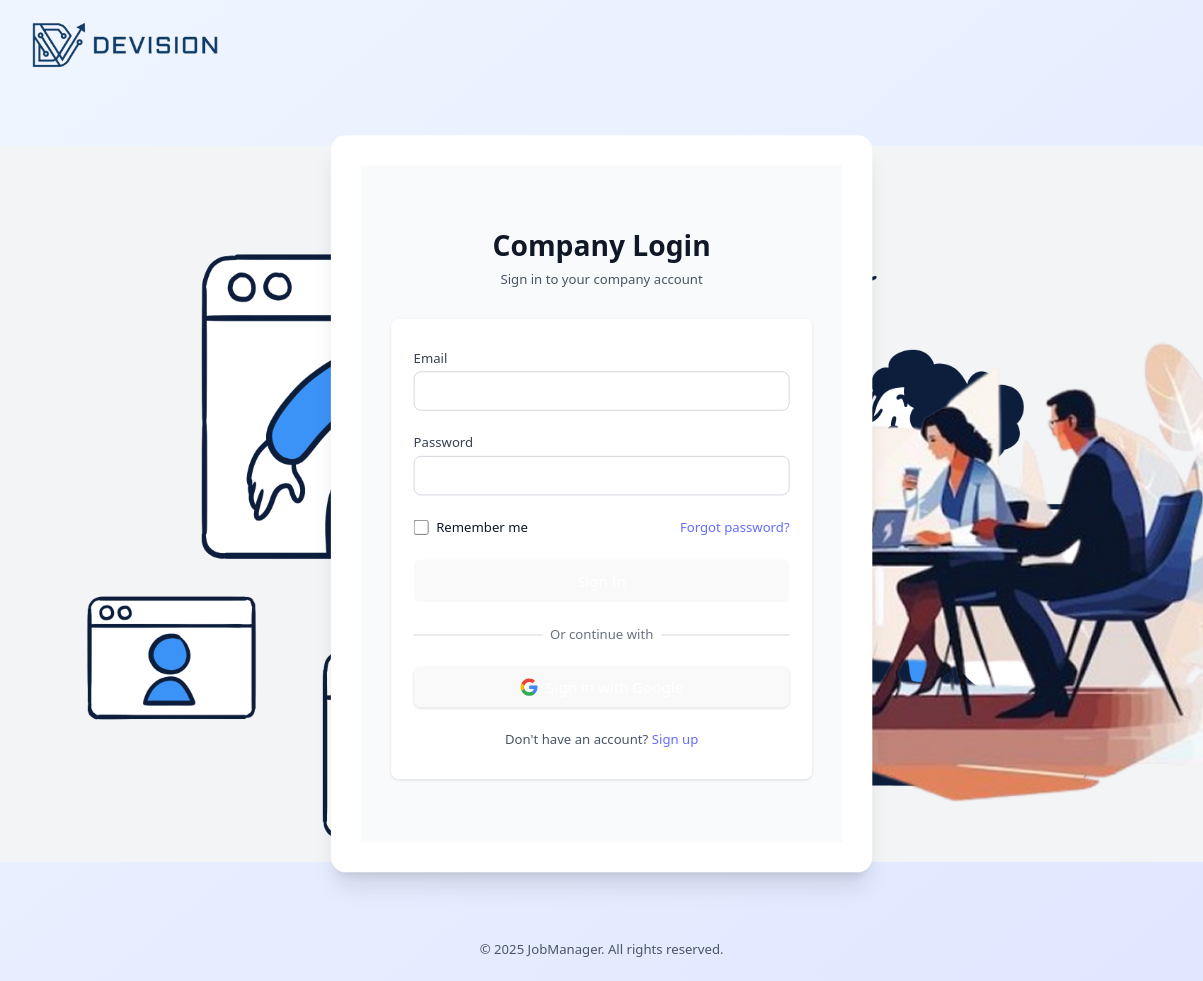
Repository: ISYS3461-2025C-Mulan-DEVision/JobManager_FE
Page: /login
These files come from the project's save history. The page is drawn as it stood at one moment and after the next save; the edit follows.
The browser window is 1280 px wide. The pictures show the whole page, at 94% of full size.
The project was rebuilt for these pictures with package versions that can differ from the ones it lists, and the page was loaded fresh each time. Also part of the build but not shown: vite.config.js, src/pages/Home.tsx, src/components/headless/Table/Table.tsx, src/components/headless/Modal/Modal.tsx, src/components/ui/Card/Card.tsx, src/components/ui/Spinner/Spinner.tsx, src/components/ui/Alert/Alert.tsx.

Above is the page before, as saved 2025-12-12 12:02:22.

After the next save:
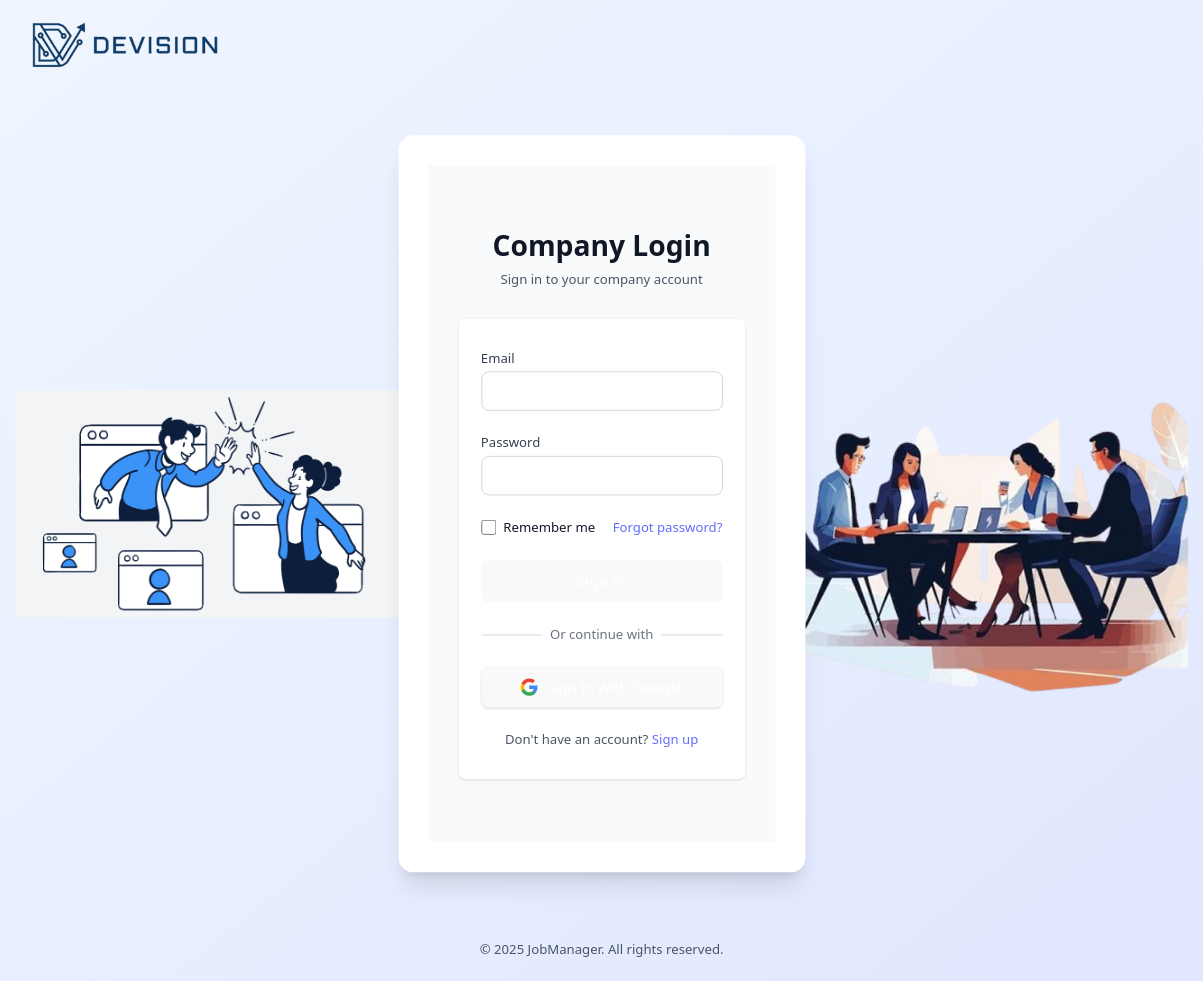
Saved 38 s later.
--- a/src/layout/AuthLayout.tsx
+++ b/src/layout/AuthLayout.tsx
@@ -19,14 +19,20 @@
             </header>
 
             {/* Centered Content Panel */}
-            <main className="flex-1 flex items-center justify-center px-4 py-12 relative">
-                <img src="/auth/background-login-left.png" alt="Left background" className="absolute left-0 top-0 bottom-0 h-full object-contain" />
-                <img src="/auth/background-login-right.png" alt="Right background" className="absolute right-0 top-0 bottom-0 h-full object-contain" />
-                <div className="w-full max-w-xl relative z-10">
-                    {/* Card wrapper for the form */}
-                    <div className="bg-white rounded-2xl shadow-xl p-8">
-                        {children}
+            <main className="flex-1 flex flex-row px-4 py-12">
+                <div className="flex-1 flex items-center justify-center">
+                    <img src="/auth/background-login-left.png" alt="Left background" className="max-h-full object-contain" />
+                </div>
+                <div className="flex items-center justify-center">
+                    <div className="w-full max-w-xl">
+                        {/* Card wrapper for the form */}
+                        <div className="bg-white rounded-2xl shadow-xl p-8">
+                            {children}
+                        </div>
                     </div>
+                </div>
+                <div className="flex-1 flex items-center justify-center">
+                    <img src="/auth/background-login-right.png" alt="Right background" className="max-h-full object-contain" />
                 </div>
             </main>
 
